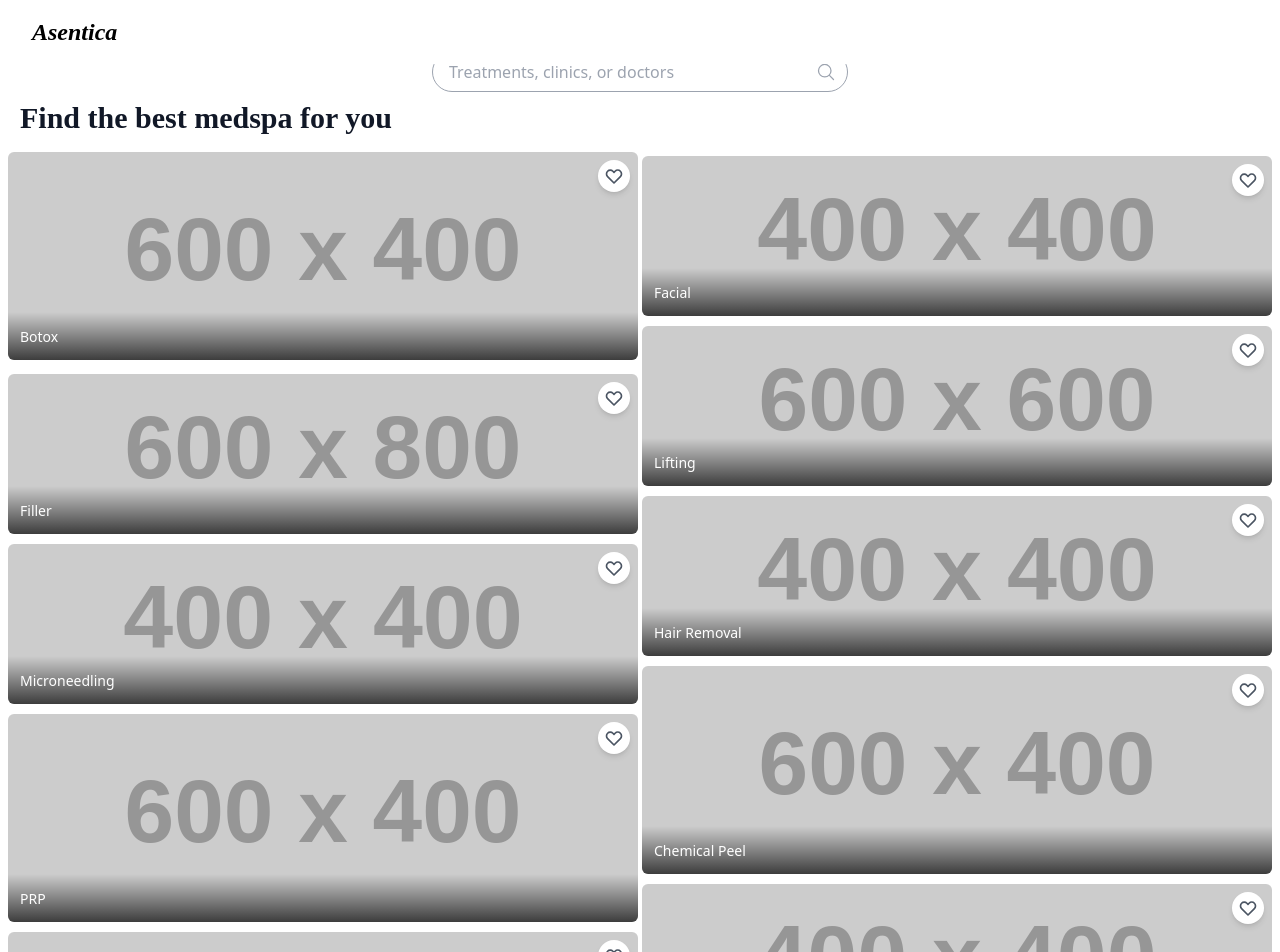
Repository: jungkeunhong/asentica_3rd
Page: /
An editor plug-in stored every save of this project. The page is shown before and after the next save, followed by the edit.
The browser window is 1280 px wide. The pictures show the part of the page from y = 0 to 952 px (the page is 3244 px tall before and 3284 px after).
Some web fonts or font styles are not loaded; a fallback is used. The project was rebuilt for these pictures with package versions that can differ from the ones it lists, and the page was loaded fresh each time. The framework's server and built-in components were replaced by stand-ins that run in the browser. Also part of the build but not shown: next.config.js.

Above is the page before, as saved 2025-02-26 14:57:10.

After the next save:
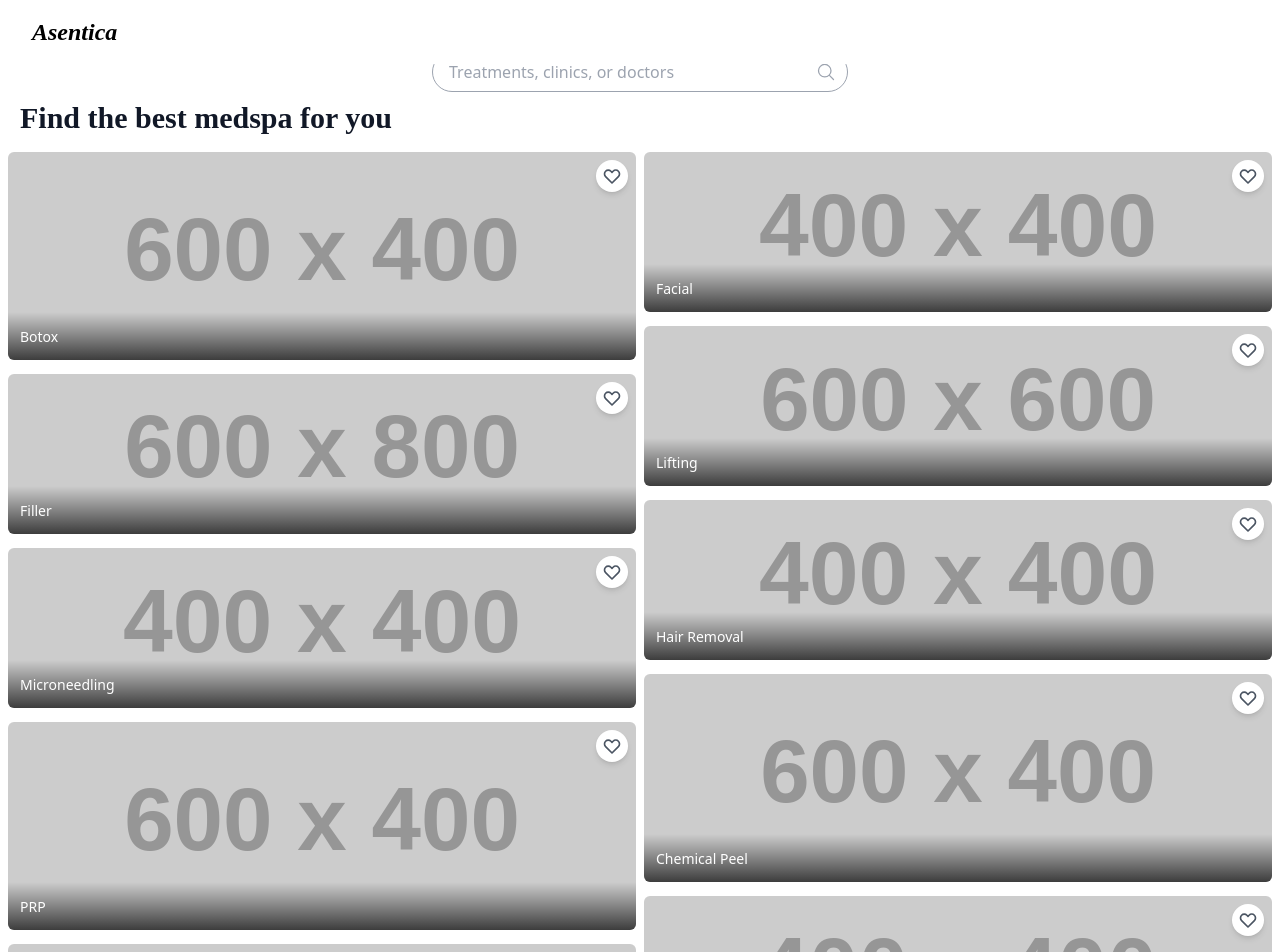
Saved 49 s later.
--- a/src/components/CategoryGrid.tsx
+++ b/src/components/CategoryGrid.tsx
@@ -89,7 +89,7 @@ const CategoryGrid = () => {
     <div className="py-2">
       <h2 className="cormorant text-3xl font-extrabold mb-4 text-gray-900 pl-5">Find the best medspa for you</h2>
 
-      <div className="columns-2 gap-1 px-2 space-y-1">
+      <div className="columns-2 gap-2 px-2">
         {categories.map((category) => {
           // 이미지 크기에 따른 클래스 설정
           const heightClass = {
@@ -103,7 +103,7 @@ const CategoryGrid = () => {
           return (
             <div
               key={category.id}
-              className={`relative rounded-md overflow-hidden mb-1 inline-block w-full ${heightClass}`}
+              className={`relative rounded-md overflow-hidden mb-2 inline-block w-full ${heightClass}`}
               onClick={() => handleCategoryClick(category.name)}
             >
               {/* 이미지 */}
